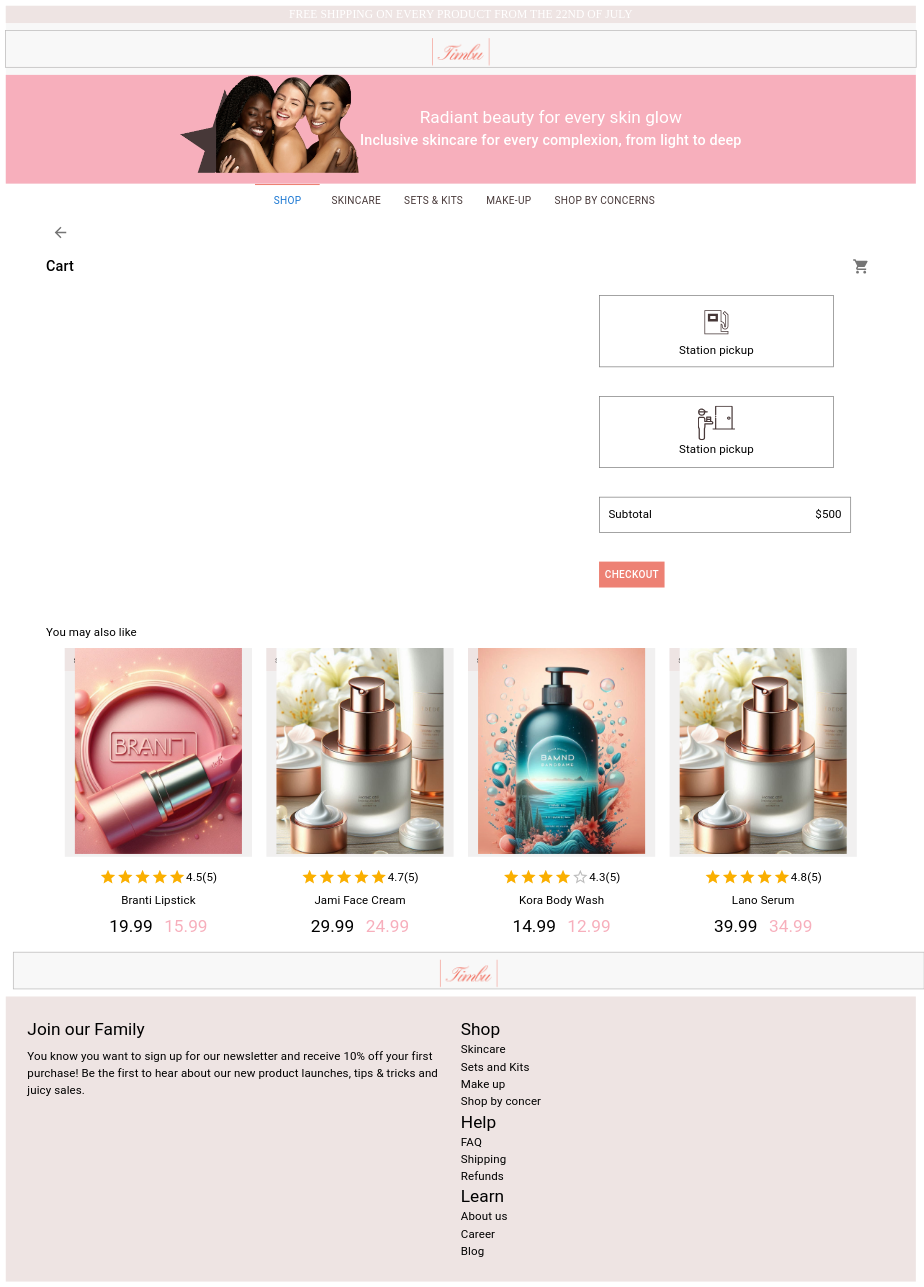
Repository: Armstrong2035/hng-project-two
Page: /cart (app in timbu-store/)
These files come from the project's save history. The page is drawn as it stood at one moment and after the next save; the edit follows.
The browser window is 1280 px wide. The page is 1284 px wide, so the pictures cover 1284 px, including what lies to the right of the window. The pictures show the whole page, at 72% of full size.
The project was rebuilt for these pictures with package versions that can differ from the ones it lists, and the page was loaded fresh each time. The framework's server and built-in components were replaced by stand-ins that run in the browser. Also part of the build but not shown: timbu-store/next.config.mjs, timbu-store/src/app/fonts.css, timbu-store/components/Products/Filters.js, timbu-store/components/Products/FiltersMobile.js.

Above is the page before, as saved 2024-07-10 00:52:03.

### timbu-store/src/app/layout.js
"use client";

import "./fonts.css";
import { Html, Main, NextScript } from "next/document";
import Head from "next/head";

const metadata = {
  title: "Timbu Store",
  description: "We sell beauty",
};

export default function RootLayout({ children }) {
  return (
    <>
      <html>
        <Head>
          <title>{metadata.title}</title>
          <meta name="description" content={metadata.description} />
        </Head>
        <body>{children}</body>
      </html>
    </>
  );
}

### timbu-store/src/app/cart/page.js
"use client";
import React from "react";
import CartPage from "../../../components/checkout/cart/CartPage";
import Footer from "../../../components/footer/Footer";
import Header from "../../../components/header/Header";

export default function Page() {
  return (
    <>
      <Header />
      <CartPage />
      <Footer />
    </>
  );
}

### timbu-store/components/checkout/cart/CartPage.js
"use client";
import useStore from "@/store/store";
import Image from "next/image";
import doorDelivery from "../../../public/icons/door-delivery.svg";
import stationPickup from "../../../public/icons/station-pickup.svg";
import {
  Typography,
  Box,
  Stack,
  Grid,
  Button,
  Card,
  CardContent,
  Container,
  AppBar,
} from "@mui/material";
import React, { useState } from "react";
import Cart from "./Cart";
import Header from "../../header/Header";
import CartNav from "./CartNav";
import Link from "next/link";
import ProductRecommendations from "../../Products/ProductRecommendations";
export default function CartPage() {
  return (
    <>
      <Container>
        <CartNav />
        <Grid container>
          <Grid item className={"item"} xl={10} lg={8} md={6} sm={12} xs={12}>
            <Cart />
          </Grid>
          <Grid item xl={4} lg={4} md={6} sm={12} xs={12}>
            <Stack spacing={5}>
              <Box
                sx={{
                  border: "1px solid grey",
                  height: "98px",
                  width: "324px",
                  display: "flex",
                  flexDirection: "column",
                  alignItems: "center",
                  justifyContent: "center",
                }}
              >
                <Image alt={"station pickup"} src={stationPickup} />
                <Typography>Station pickup</Typography>
              </Box>

              <Box
                sx={{
                  border: "1px solid grey",
                  height: "98px",
                  width: "324px",
                  display: "flex",
                  flexDirection: "column",
                  alignItems: "center",
                  justifyContent: "center",
                }}
              >
                <Image alt={"door delivery"} src={doorDelivery} />
                <Typography>Station pickup</Typography>
              </Box>

              <Box
                sx={{
                  border: "1px solid grey",
                  width: "324px",
                  display: "flex",
                  flexDirection: "row",
                  alignItems: "center",
                  justifyContent: "space-between",
                  padding: "12px",
                }}
              >
                <Typography>Subtotal</Typography>
                <Typography>$500</Typography>
              </Box>
              <Link href={"/checkout"}>
                <Button
                  sx={{
                    backgroundColor: " #ED8174",
                    color: "#FFFFFF",
                    borderRadius: "0",
                    "&:hover": {
                      backgroundColor: "#C9675B",
                    },
                  }}
                >
                  Checkout
                </Button>
              </Link>
            </Stack>
          </Grid>
        </Grid>
        <ProductRecommendations />
      </Container>
    </>
  );
}

### timbu-store/components/footer/Footer.js
import React from "react";
import {
  Container,
  Grid,
  Typography,
  TextField,
  Button,
  AppBar,
  Toolbar,
  Box,
  Stack,
} from "@mui/material";
import TimbuStore from "../header/TimbuStore";
import { useTheme } from "@mui/material/styles";
import useMediaQuery from "@mui/material/useMediaQuery";

function Footer() {
  const theme = useTheme();
  const isDesktop = useMediaQuery(theme.breakpoints.up("lg"));
  return (
    <>
      <TimbuStore />
      <Box
        sx={{
          inTop: "2rem",
          backgroundColor: "#EEE4E3",
          padding: "30px",
        }}
      >
        <Grid container>
          <Grid item sm={12} lg={6}>
            <Stack>
              <Typography variant="h5" gutterBottom>
                Join our Family
              </Typography>
              <Typography variant="body1" paragraph>
                You know you want to sign up for our newsletter and receive 10%
                off your first purchase! Be the first to hear about our new
                product launches, tips & tricks and juicy sales.
              </Typography>
            </Stack>
          </Grid>

          <Grid item sm={12} lg={6}>
            <Grid container direction={isDesktop ? "column" : "row"}>
              <Grid item sm={12} lg={4}>
                <Stack>
                  <Typography variant={"h5"}>Shop</Typography>
                  <Typography>Skincare</Typography>
                  <Typography>Sets and Kits</Typography>
                  <Typography>Make up</Typography>
                  <Typography>Shop by concer</Typography>
                </Stack>
              </Grid>
              <Grid item sm={12} lg={4}>
                <Stack>
                  <Typography variant={"h5"}>Help</Typography>
                  <Typography>FAQ</Typography>
                  <Typography>Shipping</Typography>
                  <Typography>Refunds</Typography>
                </Stack>
              </Grid>
              <Grid item sm={12} lg={4}>
                <Stack>
                  <Typography variant={"h5"}>Learn</Typography>
                  <Typography>About us</Typography>
                  <Typography>Career</Typography>
                  <Typography>Blog</Typography>
                </Stack>
              </Grid>
            </Grid>
          </Grid>
        </Grid>
      </Box>
    </>
  );
}

export default Footer;

### timbu-store/components/header/Header.js
"use client";
import { AppBar, Typography, Box, Stack } from "@mui/material";
import React from "react";
import Image from "next/image";
import Group1 from "../../public/utility-images/Group1.png";
import TimbuStore from "./TimbuStore";
import Promotion from "./Promotion";
import SimpleTabs from "./NavBar";
import Filters from "../Products/Filters";
import { useTheme } from "@mui/material/styles";
import useMediaQuery from "@mui/material/useMediaQuery";
import FiltersMobile from "../Products/FiltersMobile";

export default function Header() {
  const theme = useTheme();
  const isDesktop = useMediaQuery(theme.breakpoints.up("lg"));

  return (
    <>
      <Stack alignItems={"center"}>
        <AppBar
          elevation={"none"}
          sx={{
            backgroundColor: "#F8F8F8",
            position: "relative",
            width: "100%",
          }}
        >
          <Stack alignItems={"center"}>
            <Promotion />
            <TimbuStore />
            <Stack
              alignItems={"center"}
              textAlign={"center"}
              direction={isDesktop ? "row" : "column-reverse"}
              justifyContent={"center"}
              sx={{ backgroundColor: "#F7AFBC", width: "100%" }}
            >
              <Box sx={{ width: "250.08px", height: "150.77px" }}>
                <Image
                  src={Group1}
                  alt={"group of women"}
                  layout="responsive"
                  width={100}
                  height={100}
                  objectFit="contain"
                />
              </Box>
              <Box>
                <Typography variant={"h5"}>
                  Radiant beauty for every skin glow
                </Typography>
                <Typography variant={"h6"}>
                  Inclusive skincare for every complexion, from light to deep
                </Typography>
              </Box>
            </Stack>
          </Stack>
        </AppBar>

        {!isDesktop && (
          <Box sx={{ alignSelf: "flex-start" }}>
            <FiltersMobile />
          </Box>
        )}

        {isDesktop && <SimpleTabs />}
      </Stack>
    </>
  );
}

### timbu-store/src/store/store.js
import { create } from "zustand";
import { persist } from "zustand/middleware";

const useStore = create(
  (set) => ({
    cart: [],
    addToCart: (item) => set((state) => ({ cart: [...state.cart, item] })),
  }),
  {
    name: "cart-storage",
  }
);

export default useStore;

### timbu-store/components/checkout/cart/Cart.js
"use client";
import React, { useState } from "react";
import useStore from "@/store/store";
import {
  Box,
  Grid,
  Stack,
  Card,
  CardContent,
  Typography,
  Button,
} from "@mui/material";
import Image from "next/image";

export default function Cart() {
  const [orderVolume, setOrderVolume] = useState(1);
  const cart = useStore((state) => state.cart);

  console.log(cart);
  return (
    <>
      <Stack spacing={10}>
        {cart.map((item) => (
          <Box
            key={item.id}
            className={"order summary"}
            style={{
              width: "100%",
              display: "flex",
              alignItems: "center",
              justifyContent: "space-between",
            }}
          >
            <Box sx={{ backgroundColor: "#F8F8F8" }}>
              <Stack direction={"row"} alignItems={"center"} spacing={2}>
                <Box
                  sx={{
                    display: "flex",
                    alignItems: "center",
                    justifyContent: "center",
                    backgroundColor: "#F1F0F0",
                    position: "relative",
                    "&:hover .add-to-cart": {
                      opacity: 1,
                    },

                    "&:hover": {
                      backgroundColor: "#E6DFDF",
                    },
                    width: "260px",
                    height: "290px",
                  }}
                  elevation={"none"}
                >
                  <div
                    style={{
                      width: "300",
                      height: "300",
                      position: "relative",
                      padding: "10px, 10px",
                    }}
                  >
                    <Image
                      src={item.imageUrl}
                      alt={item.productName}
                      layout="responsive"
                      width={500}
                      height={500}
                      objectFit="contain"
                    />
                  </div>
                </Box>
                <Box sx={{ padding: "16px" }}>
                  <Typography>{item.productName}</Typography>
                  <Box
                    sx={{
                      border: "1px solid #B2A6A6",
                      display: "flex",
                      flexDirection: "row",
                      alignItems: "center",
                      margin: "10px 0",
                    }}
                  >
                    <Button
                      sx={{ color: "#473838" }}
                      onClick={() =>
                        setOrderVolume(orderVolume > 1 ? orderVolume - 1 : 1)
                      }
                    >
                      -
                    </Button>
                    <Typography sx={{ padding: "0 10px" }}>
                      {orderVolume}
                    </Typography>
                    <Button
                      sx={{ color: "#473838" }}
                      onClick={() => setOrderVolume(orderVolume + 1)}
                    >
                      +
                    </Button>
                  </Box>

                  <Button sx={{ color: "#ED8174" }}>Remove</Button>
                </Box>
              </Stack>
            </Box>

            <Typography sx={{ margin: "auto 80px" }}>
              {item.discountPrice}
            </Typography>
          </Box>
        ))}
      </Stack>
    </>
  );
}

### timbu-store/components/checkout/cart/CartNav.js
"use client";

import { Box, Stack, Typography, IconButton } from "@mui/material";
import React from "react";
import ArrowBackIcon from "@mui/icons-material/ArrowBack";
import ShoppingCartIcon from "@mui/icons-material/ShoppingCart";
import Link from "next/link";

export default function CartNav() {
  return (
    <Box sx={{ width: "100%", paddingBottom: "20px" }}>
      <Link href={"/"}>
        <IconButton sx={{ paddingBottom: "15px" }}>
          <ArrowBackIcon />
        </IconButton>
      </Link>

      <Stack
        direction={"row"}
        justifyContent={"space-between"}
        alignItems="center"
      >
        <Typography variant="h6">Cart</Typography>
        <IconButton>
          <ShoppingCartIcon />
        </IconButton>
      </Stack>
    </Box>
  );
}

### timbu-store/components/Products/ProductRecommendations.js
"use client";
import { inventory } from "@/products";
import {
  Container,
  Grid,
  Box,
  Chip,
  Stack,
  Typography,
  Rating,
} from "@mui/material";
import Link from "next/link";
import Image from "next/image";
import React from "react";

export default function ProductRecommendations() {
  const recommendations = inventory.slice(0, 4);
  return (
    <Stack alignItems={"center"} sx={{ paddingTop: "50px" }}>
      <Typography sx={{ alignSelf: "flex-start" }}>
        You may also like
      </Typography>
      <Box
        sx={{
          display: "flex",
          flexDirection: "row",
          flexWrap: "wrap",
          alignItems: "center",
          justifyContent: "center",
        }}
      >
        {recommendations.map((product, index) => (
          <Box
            key={product.productName}
            sx={{
              margin: "10px 10px",
            }}
          >
            <Stack direction={"column"} spacing={2}>
              <Link
                href={`/product/${encodeURIComponent(product.productName)}`}
              >
                <Box
                  sx={{
                    display: "flex",
                    alignItems: "center",
                    justifyContent: "center",
                    backgroundColor: "#F1F0F0",
                    position: "relative",
                    "&:hover .add-to-cart": {
                      opacity: 1,
                    },

                    "&:hover": {
                      backgroundColor: "#E6DFDF",
                    },
                    width: "260px",
                    height: "290px",
                  }}
                  elevation={"none"}
                >
                  <Chip
                    label={"sale"}
                    sx={{
                      position: "absolute",
                      top: "0",
                      left: "0",
                      borderRadius: "0",
                      backgroundColor: "#EEE4E3",
                    }}
                  />

                  <div
                    style={{
                      width: "300",
                      height: "300",
                      position: "relative",
                      padding: "10px, 10px",
                    }}
                  >
                    <Image
                      src={product.imageUrl}
                      alt={product.productName}
                      layout="responsive"
                      width={500}
                      height={500}
                      objectFit="contain"
                    />
                  </div>

                  <Box
                    className="add-to-cart"
                    sx={{
                      backgroundColor: "#ED8174",
                      color: "white",
                      position: "absolute",
                      bottom: 0,
                      width: "100%",
                      height: "50px",
                      display: "flex",
                      justifyContent: "center",
                      alignItems: "center",
                      opacity: 0,
                      transition: "opacity 0.3s",
                      cursor: "pointer",
                      "&:hover": {
                        backgroundColor: "#C9675B",
                      },
                    }}
                    onClick={(e) => {
                      e.stopPropagation();
                      e.preventDefault();
                      addToCart(product);
                    }}
                  >
                    Add To Cart
                  </Box>
                </Box>
              </Link>

              <Box>
                <Stack spacing={1} alignItems={"center"}>
                  <Stack direction={"row"}>
                    <Rating name="read-only" value={product.rating} readOnly />
                    <Typography>{`${product.rating}(5)`}</Typography>
                  </Stack>
                  <Typography>{`${product.productName}`}</Typography>
                  <Stack spacing={2} direction={"row"}>
                    <Typography variant={"h5"}>{`${product.price}`}</Typography>

                    <Typography
                      variant={"h5"}
                      sx={{ color: "#F7AFBC" }}
                    >{`${product.discountPrice}`}</Typography>
                  </Stack>
                </Stack>
              </Box>
            </Stack>
          </Box>
        ))}
      </Box>
    </Stack>
  );
}

### timbu-store/components/header/TimbuStore.js
"use client";

import Image from "next/image";
import Timbu from "../../public/utility-images/Timbu.png";
import Link from "next/link";

export default function TimbuStore() {
  return (
    <div
      style={{
        width: "100%",
        backgroundColor: "#F8F8F8",
        display: "flex",
        justifyContent: "center",
        alignItems: "center",
        padding: "10px 0",
        border: "1px solid #BCBABA",
        margin: "10px",
      }}
    >
      <Link href={"/"}>
        <div style={{ width: "80px", height: "30px" }}>
          <Image
            src={Timbu}
            alt={"timbu store logo"}
            layout="responsive"
            width={50}
            height={50}
            objectFit="contain"
          />
        </div>
      </Link>
    </div>
  );
}

### timbu-store/components/header/Promotion.js
"use client";

import { Typography, Box } from "@mui/material";
import React from "react";

export default function Promotion() {
  return (
    <>
      <Box
        sx={{
          display: "flex",
          alignItems: "center",
          justifyContent: "center",
          width: "100%",
          backgroundColor: "#EEE4E3",
          padding: "15px, 0",
        }}
      >
        <Typography sx={{ fontFamily: "kanit-regular" }}>
          FREE SHIPPING ON EVERY PRODUCT FROM THE 22ND OF JULY
        </Typography>
      </Box>
    </>
  );
}

### timbu-store/components/header/NavBar.js
import React, { useState } from "react";
import { Tabs, Tab, Typography, Box } from "@mui/material";

function TabPanel(props) {
  const { children, value, index, ...other } = props;

  return (
    <div
      role="tabpanel"
      hidden={value !== index}
      id={`simple-tabpanel-${index}`}
      aria-labelledby={`simple-tab-${index}`}
      {...other}
    >
      {value === index && <Typography>{children}</Typography>}
    </div>
  );
}

export default function SimpleTabs() {
  const [value, setValue] = useState(0);

  const handleChange = (event, newValue) => {
    setValue(newValue);
  };

  return (
    <Box>
      <Tabs
        value={value}
        onChange={handleChange}
        TabIndicatorProps={{
          style: {
            top: 0,
            bottom: "auto",
            backgroundColor: "#ED8174",
          },
        }}
        sx={{
          "& .MuiTab-root": {
            fontWeight: "normal",
          },
          "& .Mui-selected": {
            color: "#473838",
            fontWeight: "normal",
          },
        }}
      >
        <Tab
          label="Shop"
          sx={{
            color: " #473838",
            fontWeight: "normal",
          }}
        />
        <Tab
          label="Skincare"
          sx={{
            color: " #473838",
            fontWeight: "normal",
          }}
        />
        <Tab
          label="Sets & Kits"
          sx={{
            color: " #473838",
            fontWeight: "normal",
          }}
        />
        <Tab
          label="Make-up"
          sx={{
            color: " #473838",
            fontWeight: "normal",
          }}
        />
        <Tab
          label="Shop by Concerns"
          sx={{
            color: " #473838",
            fontWeight: "normal",
          }}
        />
      </Tabs>
    </Box>
  );
}

Loaded but not shown: timbu-store/src/products.js (254 lines, source omitted)

After the next save:
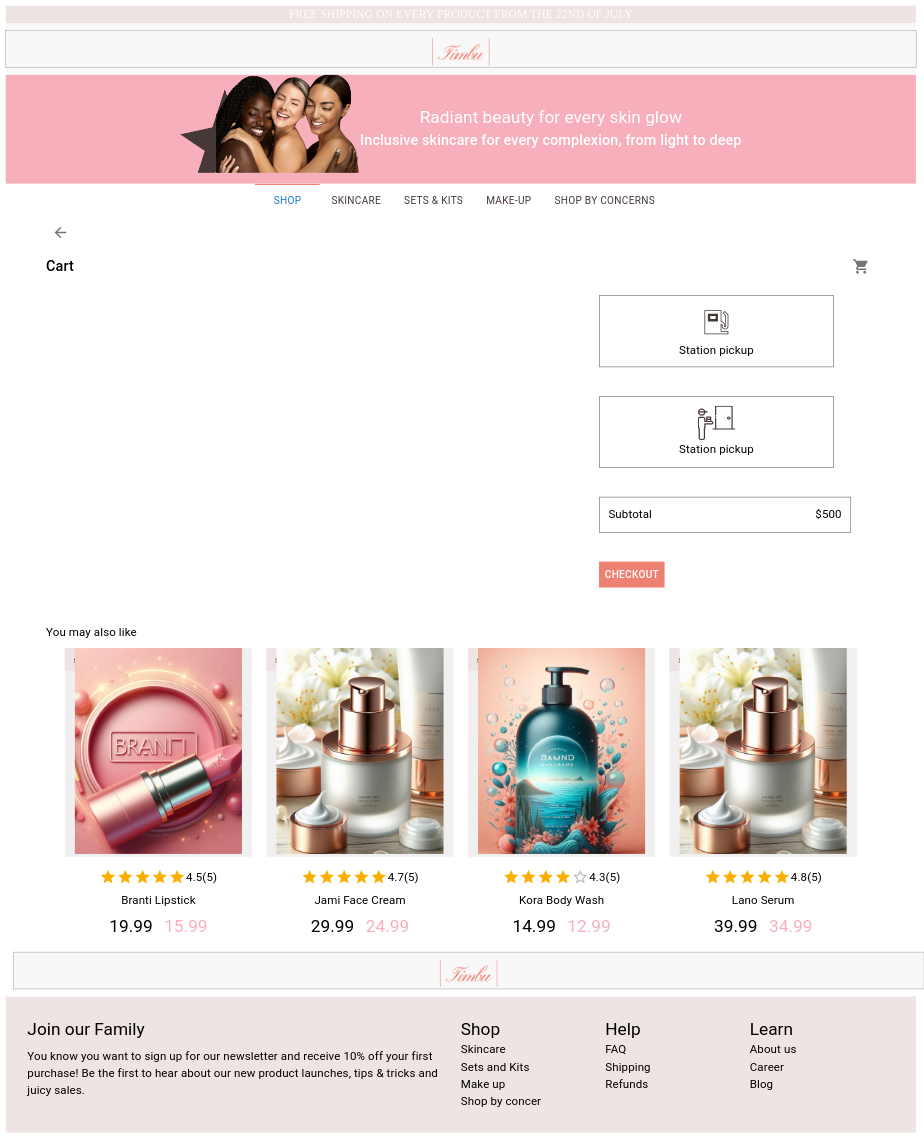
Saved 20 s later.
--- a/timbu-store/components/footer/Footer.js
+++ b/timbu-store/components/footer/Footer.js
@@ -42,7 +42,7 @@ function Footer() {
           </Grid>
 
           <Grid item sm={12} lg={6}>
-            <Grid container direction={isDesktop ? "column" : "row"}>
+            <Grid container direction={isDesktop ? "row" : "column"}>
               <Grid item sm={12} lg={4}>
                 <Stack>
                   <Typography variant={"h5"}>Shop</Typography>
